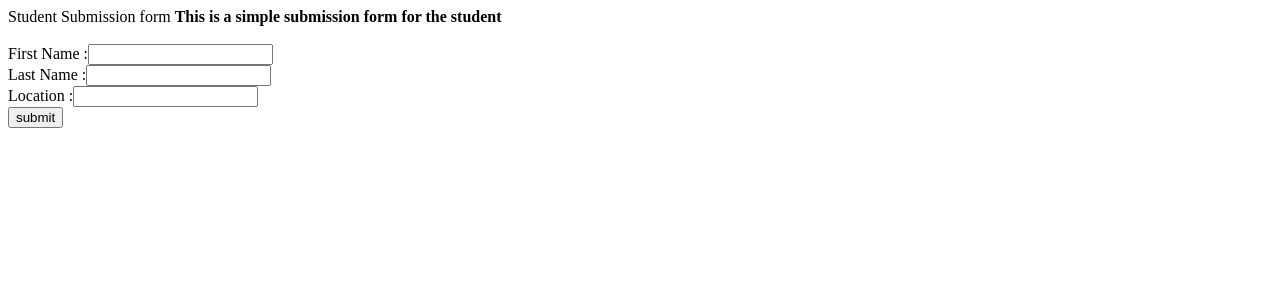
Repository: mdmyr/SpringFrameWorkout
Page: http://localhost/Spring-mvc-DropDownlist/WEB-INF/view/StudentValidationForm.jsp
These files come from the project's save history. The page is drawn as it stood at one moment and after the next save; the edit follows.
The browser window is 1280 px wide. The pictures show the whole page.
The page is served by Tomcat 9. Nobody is signed in. Other server files are loaded and not shown. The template is opened directly, without the code that normally fills it, so the values that code supplies are empty.

Above is the page before, as saved 2020-12-09 01:25:23.

### Spring-mvc-DropDownlist/WebContent/WEB-INF/view/StudentValidationForm.jsp
<%@ taglib prefix="form" uri="http://www.springframework.org/tags/form" %>
<html>
<head>Student Submission form</head>
<body>
<b> This is a simple submission form for the student</b>

<br>


<!-- This is the object needed to be created in the student class
1. class need to created "Student"
2. class needed to validate the Student Form - StudentValidation
 -->

 <form:form action="ProcessStudentform" modelAttribute="Student">
 <br>
 First Name :<form:input path="firstName"/><br>
 Last Name  :<form:input path="lastName"/><br>
 Location   :<form:input path= "location"/><br>

 <input type="Submit" value = "submit">
</form:form>

</body>
</html>

After the next save:
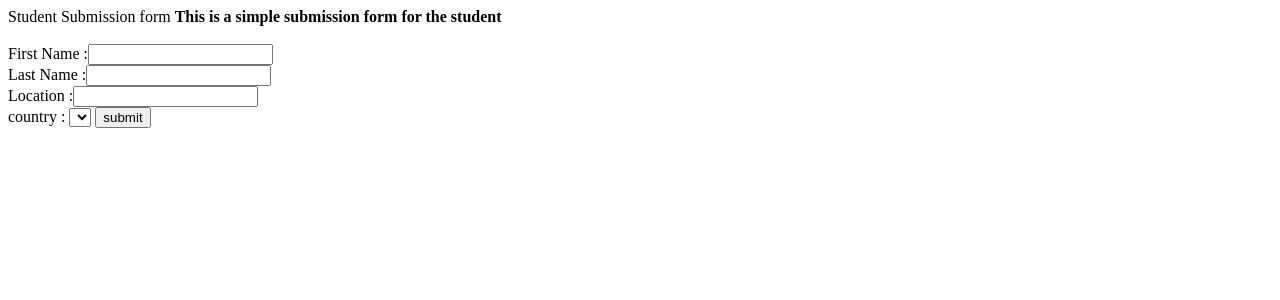
Saved 77 s later.
--- a/Spring-mvc-DropDownlist/WebContent/WEB-INF/view/StudentValidationForm.jsp
+++ b/Spring-mvc-DropDownlist/WebContent/WEB-INF/view/StudentValidationForm.jsp
@@ -17,6 +17,8 @@
  First Name :<form:input path="firstName"/><br>
  Last Name  :<form:input path="lastName"/><br>
  Location   :<form:input path= "location"/><br>
+ country    : <form:select path="country"></form:select>
+
 
  <input type="Submit" value = "submit">
 </form:form>
